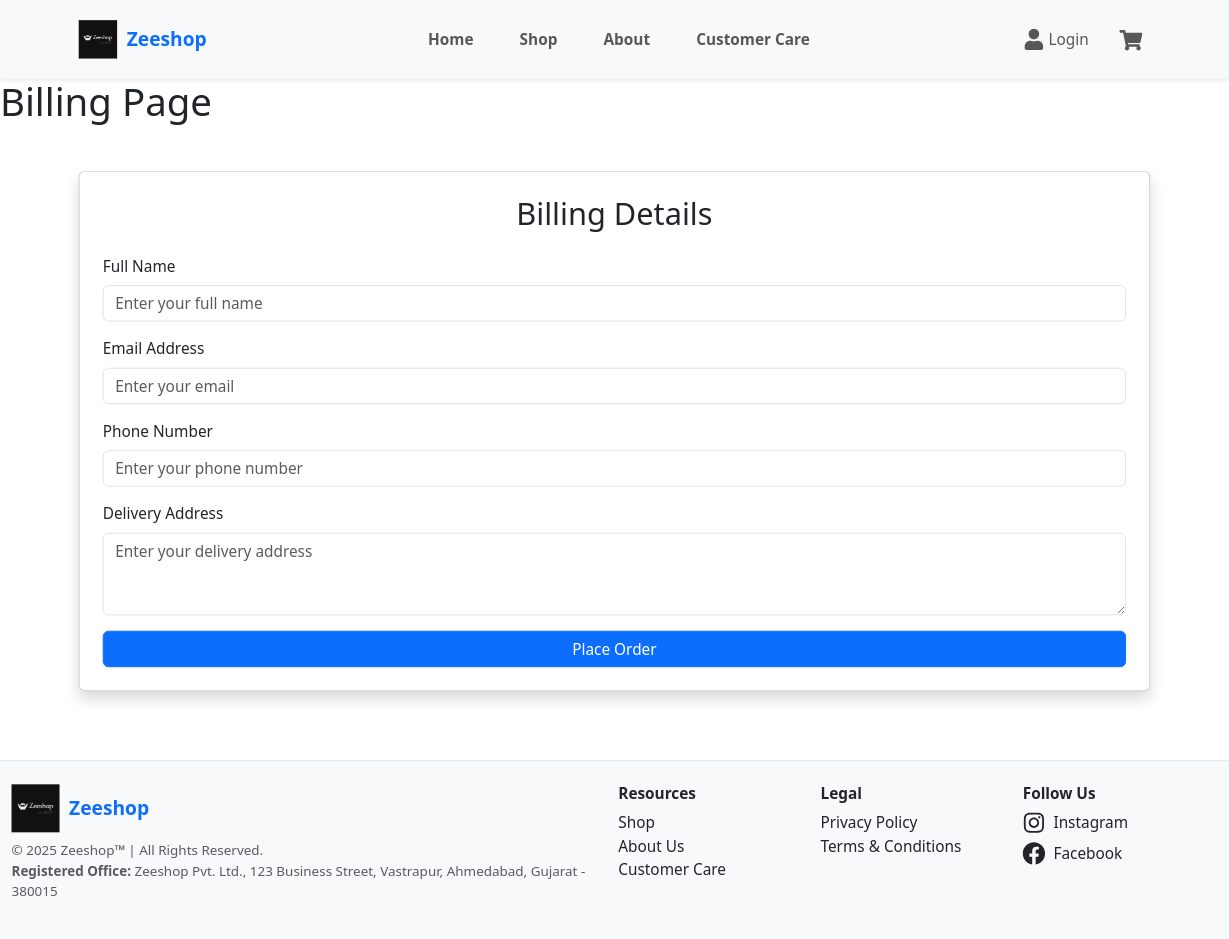
Repository: zeel2306/React-Projects
Page: /billing (app in shop/)
An editor plug-in stored every save of this project. The page is shown before and after the next save, followed by the edit.
The browser window is 1280 px wide. The pictures show the whole page, at 96% of full size.
The project was rebuilt for these pictures with package versions that can differ from the ones it lists, and the page was loaded fresh each time. Also part of the build but not shown: shop/src/index.css, shop/src/Components/Login.jsx, shop/src/Components/Slider.jsx, shop/src/Components/Product.jsx, shop/src/Components/About.jsx, shop/src/Components/Customercare.jsx, shop/src/Components/ProductDetail.jsx, shop/src/Components/PrivacyPolicy.jsx and 9 more.

Above is the page before, as saved 2025-08-06 17:41:31.

### shop/src/App.js
// src/App.js
import Footer from './Components/Footer';
import Login from './Components/Login';
import Navbar from './Components/Navbar';
import Slider from './Components/Slider';
import Product from './Components/Product';
import About from './Components/About';
import CustomerCare from './Components/Customercare';
import ProductDetails from './Components/ProductDetail';
import PrivacyPolicy from './Components/PrivacyPolicy';
import TermsAndConditions from './Components/TermsAndConditions';
import StatsSection from "./Components/StatsSection";
import Testimonials from "./Components/Testimonials";
import Cart from './Components/Cart';
import WelcomePopup from "./Components/WelcomePopup";
import Features from './Components/Features';
import Billing from "./Components/Billing";
import AdminDashboard from "./Components/AdminDashboard";
import AdminLogin from "./Components/AdminLogin";
import { AuthProvider } from './Components/AuthContext';
import { CartProvider } from './Components/CartContext';
import { AdminAuthProvider } from './Components/AdminAuthContext';
import { BrowserRouter as Router, Routes, Route } from "react-router-dom";
import BrandSlider from './Components/BrandSlider';

function App() {
  return (
    <AdminAuthProvider>
      <AuthProvider>
        <CartProvider>
          <Router>
            <div className="App d-flex flex-column min-vh-100">
              <Navbar />
              <main className="flex-grow-1 mb-4">
                <Routes>
                  <Route
                    path="/"
                    element={
                      <>
                        <WelcomePopup />
                        <Slider />
                        <StatsSection />
                        <Product />
                        <Features />
                        <Testimonials />
                        <BrandSlider />
                      </>
                    }
                  />
                  <Route path="/shop" element={<Product />} />
                  <Route path="/login" element={<Login />} />
                  <Route path="/cart" element={<Cart />} />
                  <Route path="/about" element={<About />} />
                  <Route path="/customer-care" element={<CustomerCare />} />
                  <Route path="/privacy" element={<PrivacyPolicy />} />
                  <Route path="/product/:id" element={<ProductDetails />} />
                  <Route path="/billing" element={<Billing />} />
                  <Route path="/terms-and-conditions" element={<TermsAndConditions />} />

                  {/* Admin Routes */}
                  <Route path="/admin-login" element={<AdminLogin />} />
                  <Route path="/admin" element={<AdminDashboard />} />
                </Routes>
              </main>
              <Footer />
            </div>
          </Router>
        </CartProvider>
      </AuthProvider>
    </AdminAuthProvider>
  );
}

export default App;

### shop/src/Components/Footer.jsx
import React from "react";
import { Container, Row, Col } from "react-bootstrap";
import { FaFacebook, FaInstagram } from "react-icons/fa";

export default function AppFooter() {
  return (
    <footer className="bg-light text-dark py-4 border-top">
      <Container fluid>
        <Row className="align-items-start gx-2">
          {/* Brand + Address (Wider Column) */}
          <Col md={6} className="mb-3">
            <div className="d-flex align-items-center mb-2">
              <img
                src="/zeeshop-logo.png"
                alt="Zeeshop Logo"
                style={{ height: "50px", width: "50px", marginRight: "10px" }}
              />
              <h5 className="fw-bold text-primary m-0">Zeeshop</h5>
            </div>
            <p className="text-muted small m-0">
              © 2025 Zeeshop™ | All Rights Reserved.
            </p>
            <p className="text-muted small m-0">
              <strong>Registered Office:</strong> Zeeshop Pvt. Ltd., 123 Business Street, Vastrapur, Ahmedabad, Gujarat - 380015
            </p>
          </Col>

          {/* Resources */}
          <Col md={2} className="mb-3">
            <h6 className="fw-bold">Resources</h6>
            <ul className="list-unstyled m-0">
              <li><a href="/" className="text-dark text-decoration-none">Shop</a></li>
              <li><a href="/about" className="text-dark text-decoration-none">About Us</a></li>
              <li><a href="/customer-care" className="text-dark text-decoration-none">Customer Care</a></li>
            </ul>
          </Col>

          {/* Legal */}
          <Col md={2} className="mb-3">
            <h6 className="fw-bold">Legal</h6>
            <ul className="list-unstyled m-0">
              <li><a href="/privacy" className="text-dark text-decoration-none">Privacy Policy</a></li>
              <li><a href="/terms-and-conditions" className="text-dark text-decoration-none">Terms & Conditions</a></li>
            </ul>
          </Col>

          {/* Follow Us */}
          <Col md={2} className="mb-3">
            <h6 className="fw-bold">Follow Us</h6>
            <ul className="list-unstyled m-0">
              <li className="mb-2">
                <a href="https://instagram.com" className="text-dark text-decoration-none d-flex align-items-center">
                  <FaInstagram className="me-2 fs-4" /> <span>Instagram</span>
                </a>
              </li>
              <li>
                <a href="https://facebook.com" className="text-dark text-decoration-none d-flex align-items-center">
                  <FaFacebook className="me-2 fs-4" /> <span>Facebook</span>
                </a>
              </li>
            </ul>
          </Col>


        </Row>
      </Container>
    </footer>
  );
}

### shop/src/Components/Navbar.jsx
import React, { useContext } from "react";
import { Navbar, Nav, Container, Badge } from "react-bootstrap";
import { FaShoppingCart, FaUser } from "react-icons/fa";
import { Link, NavLink, useNavigate } from "react-router-dom";
import { CartContext } from "./CartContext";
import { AuthContext } from "./AuthContext";

export default function AppNavbar() {
  const { cartItems } = useContext(CartContext);
  const { isLoggedIn, user, logout } = useContext(AuthContext);
  const navigate = useNavigate();

  const handleLogout = () => {
    logout();
    navigate("/");
  };

  return (
    <Navbar bg="light" expand="lg" className="shadow-sm py-3">
      <Container>
        {/* Logo (Left) */}
        <Navbar.Brand
          as={Link}
          to="/"
          className="fw-bold text-primary d-flex align-items-center"
        >
          <img
            src="/zeeshop-logo.png"
            alt="Zeeshop Logo"
            style={{ height: "40px", width: "40px", marginRight: "10px" }}
          />
          Zeeshop
        </Navbar.Brand>

        <Navbar.Toggle aria-controls="navbar-nav" />
        <Navbar.Collapse id="navbar-nav">
          <div className="d-flex justify-content-between w-100 align-items-center">
            {/* Center: Nav Links */}
            <Nav className="mx-auto">
              <Nav.Link as={NavLink} to="/" className="mx-3 fw-semibold">
                Home
              </Nav.Link>
              <Nav.Link as={NavLink} to="/shop" className="mx-3 fw-semibold">
                Shop
              </Nav.Link>
              <Nav.Link as={NavLink} to="/about" className="mx-3 fw-semibold">
                About
              </Nav.Link>
              <Nav.Link as={NavLink} to="/customer-care" className="mx-3 fw-semibold">
                Customer Care
              </Nav.Link>
            </Nav>

            {/* Right: User & Cart */}
            <Nav className="d-flex align-items-center">
              {!isLoggedIn ? (
                <Nav.Link
                  as={NavLink}
                  to="/login"
                  className="me-3 d-flex align-items-center"
                >
                  <FaUser size={22} className="me-1" /> Login
                </Nav.Link>
              ) : (
                <>
                  <Nav.Link
                    disabled
                    className="me-3 d-flex align-items-center text-success fw-semibold"
                  >
                    <FaUser size={22} className="me-1" /> Welcome, {user?.name || "User"}
                  </Nav.Link>
                  <Nav.Link
                    onClick={handleLogout}
                    className="me-3 fw-semibold text-danger"
                  >
                    Logout
                  </Nav.Link>
                </>
              )}

              <Nav.Link as={NavLink} to="/cart" className="position-relative">
                <FaShoppingCart size={24} />
                {cartItems.length > 0 && (
                  <Badge
                    bg="danger"
                    pill
                    className="position-absolute top-0 start-100 translate-middle"
                  >
                    {cartItems.length}
                  </Badge>
                )}
              </Nav.Link>
            </Nav>
          </div>
        </Navbar.Collapse>
      </Container>
    </Navbar>
  );
}

### shop/src/Components/Billing.jsx
// src/Components/BillingPage.jsx
import React from "react";
import CheckoutForm from "./CheckoutForm";

export default function BillingPage() {
  const handleOrderSubmit = (formData) => {
    console.log("Order Data:", formData);
    alert("Order placed successfully!");
    // Later: Send data to backend API using fetch/axios
    // axios.post('/api/orders', formData)
  };

  return (
    <div className="billing-page">
      <h1>Billing Page</h1>
      <CheckoutForm onSubmit={handleOrderSubmit} />
    </div>
  );
}

### shop/src/Components/AuthContext.jsx
// src/Components/AuthContext.jsx
import React, { createContext, useState, useEffect } from "react";

export const AuthContext = createContext();

export function AuthProvider({ children }) {
  const [isLoggedIn, setIsLoggedIn] = useState(false);
  const [user, setUser] = useState(null); // <-- store user info

  useEffect(() => {
    const storedLogin = localStorage.getItem("isLoggedIn");
    const storedUser = localStorage.getItem("user");
    if (storedLogin === "true") {
      setIsLoggedIn(true);
      if (storedUser) setUser(JSON.parse(storedUser));
    }
  }, []);

  useEffect(() => {
    localStorage.setItem("isLoggedIn", isLoggedIn);
    if (user) {
      localStorage.setItem("user", JSON.stringify(user));
    } else {
      localStorage.removeItem("user");
    }
  }, [isLoggedIn, user]);

  const login = (userData) => {
    setIsLoggedIn(true);
    setUser(userData);
  };

  const logout = () => {
    setIsLoggedIn(false);
    setUser(null);
    localStorage.removeItem("isLoggedIn");
    localStorage.removeItem("user");
  };

  return (
    <AuthContext.Provider value={{ isLoggedIn, user, setIsLoggedIn, login, logout }}>
      {children}
    </AuthContext.Provider>
  );
}

### shop/src/Components/CartContext.jsx
// src/Components/CartContext.jsx
import React, { createContext, useState, useEffect } from "react";

export const CartContext = createContext();

export function CartProvider({ children }) {
  // Initialize cart items from localStorage if available
  const [cartItems, setCartItems] = useState(() => {
    const savedItems = localStorage.getItem('cartItems');
    return savedItems ? JSON.parse(savedItems) : [];
  });

  // Save to localStorage whenever cart changes
  useEffect(() => {
    localStorage.setItem('cartItems', JSON.stringify(cartItems));
  }, [cartItems]);

  const addToCart = (product) => {
    setCartItems((prev) => {
      const exists = prev.find((item) => item.id === product.id);
      if (exists) {
        return prev.map((item) =>
          item.id === product.id ? { ...item, qty: (item.qty || 1) + 1 } : item
        );
      }
      return [...prev, { ...product, qty: 1 }];
    });
  };

  const removeFromCart = (id) => {
    setCartItems((prev) => prev.filter((item) => item.id !== id));
  };

  const updateQuantity = (id, quantity) => {
    setCartItems((prev) =>
      prev.map((item) =>
        item.id === id ? { ...item, qty: Math.max(1, quantity) } : item
      )
    );
  };

  const clearCart = () => {
    setCartItems([]);
  };

  return (
    <CartContext.Provider value={{
      cartItems,
      addToCart,
      removeFromCart,
      updateQuantity,
      clearCart
    }}>
      {children}
    </CartContext.Provider>
  );
}

### shop/src/Components/AdminAuthContext.jsx
// src/Components/AdminAuthContext.jsx
import React, { createContext, useState, useEffect } from "react";

export const AdminAuthContext = createContext();

export function AdminAuthProvider({ children }) {
  const [isAdminLoggedIn, setIsAdminLoggedIn] = useState(false);

  useEffect(() => {
    const stored = localStorage.getItem("isAdminLoggedIn");
    if (stored === "true") setIsAdminLoggedIn(true);
  }, []);

  const adminLogin = (username, password) => {
    // Simple hardcoded login (can replace with API later)
    if (username === "admin" && password === "admin123") {
      setIsAdminLoggedIn(true);
      localStorage.setItem("isAdminLoggedIn", "true");
      return true;
    }
    return false;
  };

  const adminLogout = () => {
    setIsAdminLoggedIn(false);
    localStorage.removeItem("isAdminLoggedIn");
  };

  return (
    <AdminAuthContext.Provider value={{ isAdminLoggedIn, adminLogin, adminLogout }}>
      {children}
    </AdminAuthContext.Provider>
  );
}

### shop/src/Components/CheckoutForm.jsx
// src/Components/CheckoutForm.jsx
import React, { useState } from "react";

export default function CheckoutForm({ onSubmit }) {
  const [formData, setFormData] = useState({
    name: "",
    email: "",
    phone: "",
    address: "",
  });

  const handleChange = (e) => {
    setFormData({ ...formData, [e.target.name]: e.target.value });
  };

  const handleSubmit = (e) => {
    e.preventDefault();
    onSubmit(formData);
  };

  return (
    <div className="container my-5">
      <div className="card shadow p-4">
        <h2 className="text-center mb-4">Billing Details</h2>
        <form onSubmit={handleSubmit}>
          <div className="mb-3">
            <label className="form-label">Full Name</label>
            <input
              type="text"
              name="name"
              className="form-control"
              placeholder="Enter your full name"
              value={formData.name}
              onChange={handleChange}
              required
            />
          </div>
          <div className="mb-3">
            <label className="form-label">Email Address</label>
            <input
              type="email"
              name="email"
              className="form-control"
              placeholder="Enter your email"
              value={formData.email}
              onChange={handleChange}
              required
            />
          </div>
          <div className="mb-3">
            <label className="form-label">Phone Number</label>
            <input
              type="tel"
              name="phone"
              className="form-control"
              placeholder="Enter your phone number"
              value={formData.phone}
              onChange={handleChange}
              required
            />
          </div>
          <div className="mb-3">
            <label className="form-label">Delivery Address</label>
            <textarea
              name="address"
              className="form-control"
              rows="3"
              placeholder="Enter your delivery address"
              value={formData.address}
              onChange={handleChange}
              required
            />
          </div>
          <button type="submit" className="btn btn-primary w-100">
            Place Order
          </button>
        </form>
      </div>
    </div>
  );
}

Loaded but not shown: shop/public/index.html (common file); shop/src/index.js (common file); shop/src/reportWebVitals.js (common file)

After the next save:
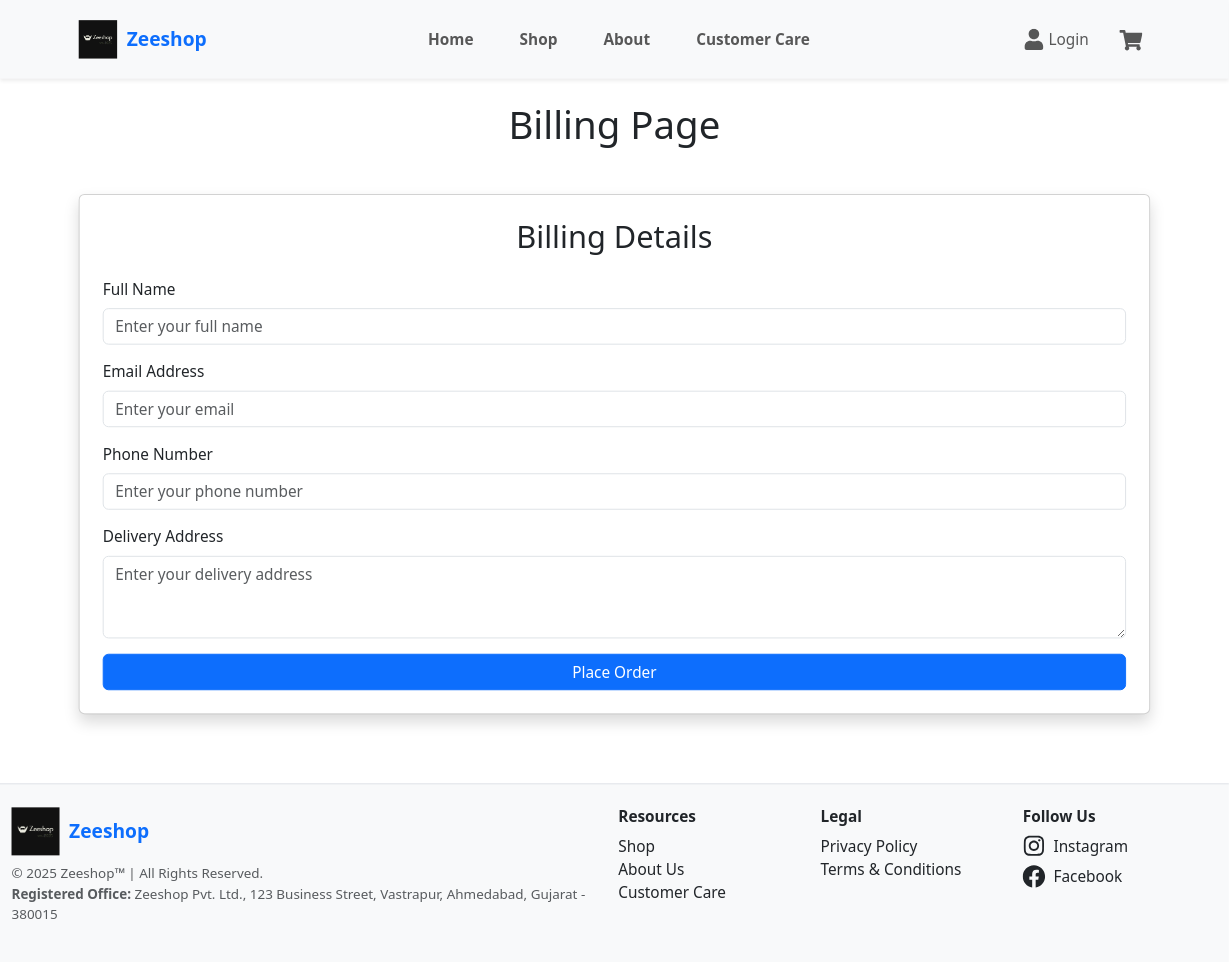
Saved 17 s later.
--- a/shop/src/Components/Billing.jsx
+++ b/shop/src/Components/Billing.jsx
@@ -1,18 +1,16 @@
-// src/Components/BillingPage.jsx
+// src/Components/Billing.jsx
 import React from "react";
 import CheckoutForm from "./CheckoutForm";
 
-export default function BillingPage() {
+export default function Billing() {
   const handleOrderSubmit = (formData) => {
     console.log("Order Data:", formData);
     alert("Order placed successfully!");
-    // Later: Send data to backend API using fetch/axios
-    // axios.post('/api/orders', formData)
   };
 
   return (
-    <div className="billing-page">
-      <h1>Billing Page</h1>
+    <div>
+      <h1 className="text-center my-4">Billing Page</h1>
       <CheckoutForm onSubmit={handleOrderSubmit} />
     </div>
   );
